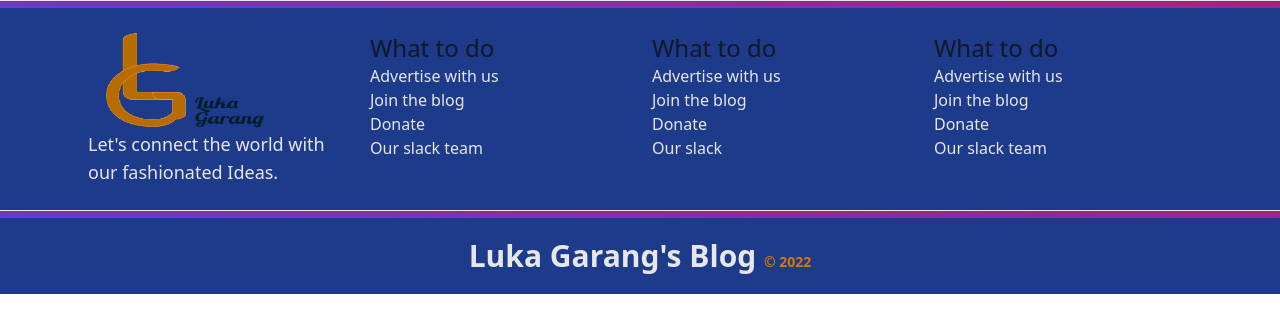
Repository: kenyi-mic/Luka_blog
Page: /footer
An editor plug-in stored every save of this project. The page is shown before and after the next save, followed by the edit.
The browser window is 1280 px wide. The pictures show the whole page.
The project was rebuilt for these pictures with package versions that can differ from the ones it lists, and the page was loaded fresh each time. The framework's server and built-in components were replaced by stand-ins that run in the browser. Also part of the build but not shown: next.config.js.

Above is the page before, as saved 2022-04-19 10:07:14.

### pages/footer.tsx
import React from 'react'

function footer() {
  return (
    <div className="bg-blue-900">
       <hr className="w-full h-2 bg-gradient-to-tr from-indigo-600 to-pink-700"/>
      <div className="grid grid-cols-1 sm:grid-cols-2 lg:grid-cols-4 gap-3 md:gap-6 p-2 md:p-6 max-w-6xl mx-auto">
       {/* first*/}
       <div  className="flex flex-1 flex-col">
         <img className="w-44" src="/logo.png" alt="logo" />
         <p className="text-lg text-gray-200">Let's connect the world with our fashionated Ideas.</p>

       </div>
      {/* second*/}
      <div className="flex flex-1 flex-col text-gray-200 ">
        <h2 className="text-2xl text-bold text-gray-900 ">What to do</h2>
        <h4>Advertise with us</h4>
        <h4>Join the blog</h4>
        <h4>Donate</h4>
        <h4>Our slack team</h4>
      </div >
       {/* third*/}
       <div className="flex flex-1 flex-col text-gray-200 ">
        <h2 className="text-2xl text-bold text-gray-900 ">What to do</h2>
        <h4>Advertise with us</h4>
        <h4>Join the blog</h4>
        <h4>Donate</h4>
        <h4>Our slack </h4>

        </div>

        {/* fourth*/}
        <div  className="flex flex-1 flex-col text-gray-200 ">
        <h2 className="text-2xl text-bold text-gray-900 ">What to do</h2>
        <h4>Advertise with us</h4>
        <h4>Join the blog</h4>
        <h4>Donate</h4>
        <h4>Our slack team </h4>
        </div>
      </div>
      <hr className="w-full h-2 bg-gradient-to-tr from-indigo-600 to-pink-700"/>
      <h1 className="text-3xl shadow-green-700 font-bold text-gray-200 text-shadow text-center py-5">Luka Garang's Blog <span className="text-amber-600 text-sm text-extralight">	&copy; 2022</span></h1>
    </div>
  )
}

export default footer

Loaded but not shown: pages/_app.tsx (common file); styles/globals.css (common file); tailwind.config.js (common file)

After the next save:
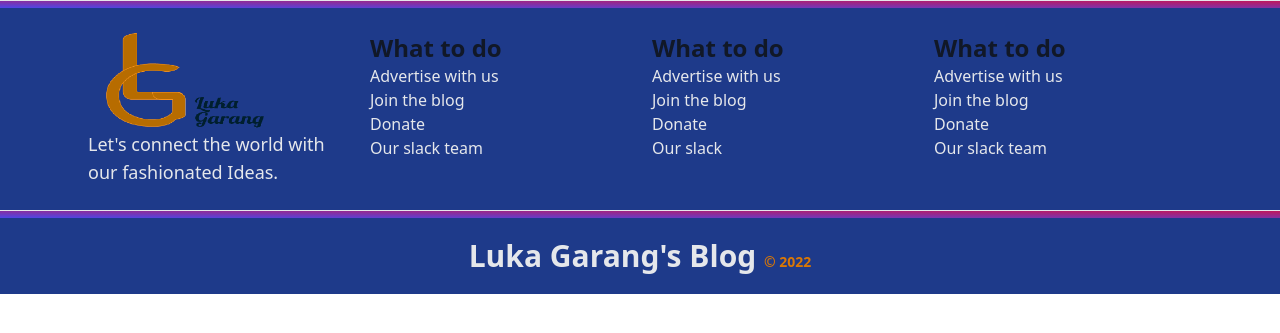
Saved 34 s later.
--- a/pages/footer.tsx
+++ b/pages/footer.tsx
@@ -13,7 +13,7 @@
        </div>
       {/* second*/}
       <div className="flex flex-1 flex-col text-gray-200 ">
-        <h2 className="text-2xl text-bold text-gray-900 ">What to do</h2>
+        <h2 className="text-2xl font-bold text-gray-900 ">What to do</h2>
         <h4>Advertise with us</h4>
         <h4>Join the blog</h4>
         <h4>Donate</h4>
@@ -21,7 +21,7 @@
       </div >
        {/* third*/}
        <div className="flex flex-1 flex-col text-gray-200 ">
-        <h2 className="text-2xl text-bold text-gray-900 ">What to do</h2>
+        <h2 className="text-2xl font-bold text-gray-900 ">What to do</h2>
         <h4>Advertise with us</h4>
         <h4>Join the blog</h4>
         <h4>Donate</h4>
@@ -31,7 +31,7 @@
 
         {/* fourth*/}
         <div  className="flex flex-1 flex-col text-gray-200 ">
-        <h2 className="text-2xl text-bold text-gray-900 ">What to do</h2>
+        <h2 className="text-2xl font-bold text-gray-900 ">What to do</h2>
         <h4>Advertise with us</h4>
         <h4>Join the blog</h4>
         <h4>Donate</h4>
